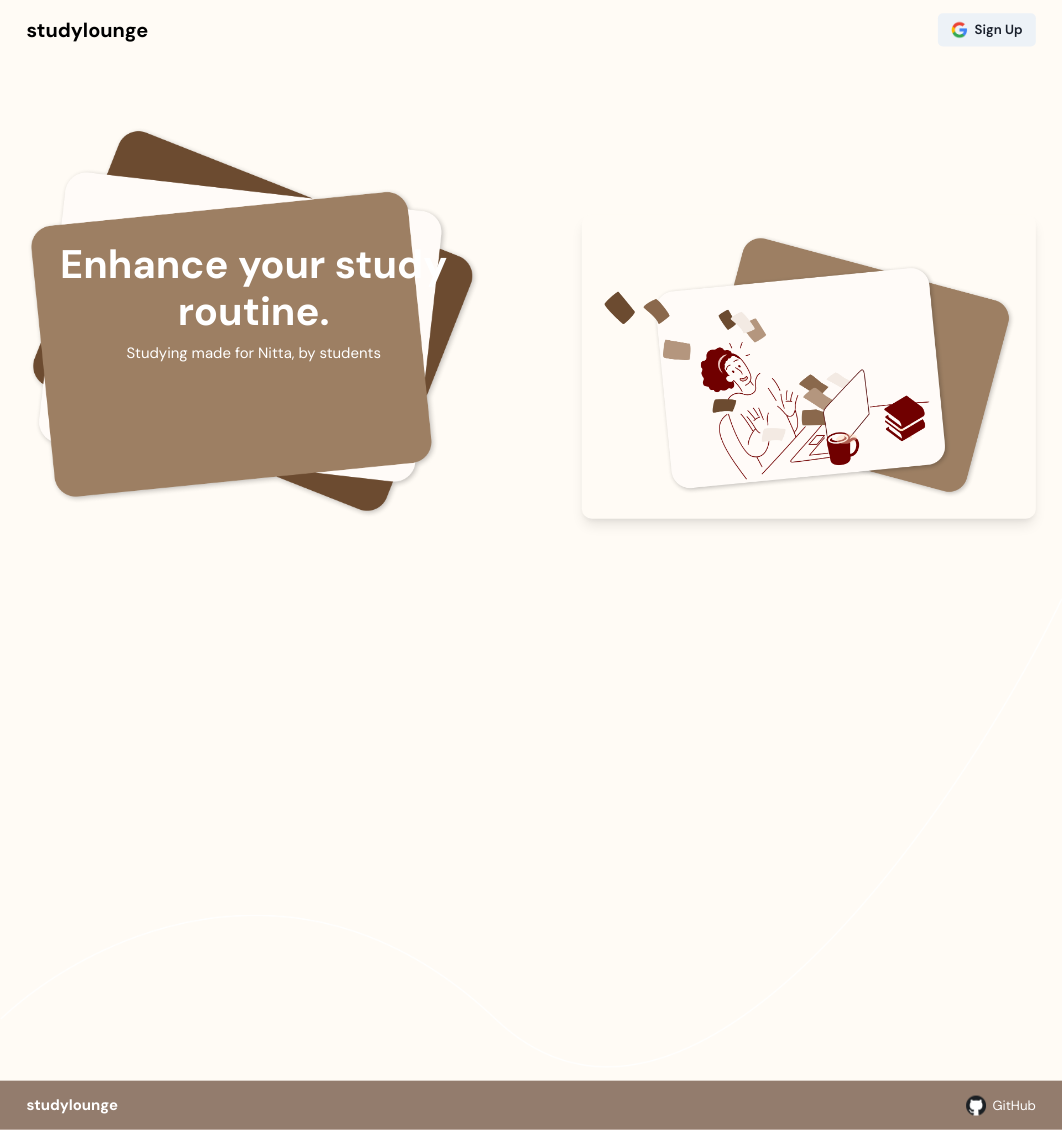
Repository: greg-chang/flashcard-website
Page: / (app in frontend/)
An editor plug-in stored every save of this project. The page is shown before and after the next save, followed by the edit.
The browser window is 1280 px wide. The pictures show the whole page, at 83% of full size.
The page's requests for data from a server got no answer. The project was rebuilt for these pictures with package versions that can differ from the ones it lists, and the page was loaded fresh each time. Some packages were replaced by stand-ins written for this rebuild. The framework's server and built-in components were replaced by stand-ins that run in the browser. No one was signed in, and anything a server would have sent is missing. Also part of the build but not shown: frontend/next.config.ts, frontend/src/components/Dashboard.tsx.

Above is the page before, as saved 2025-06-08 14:49:16.

After the next save:
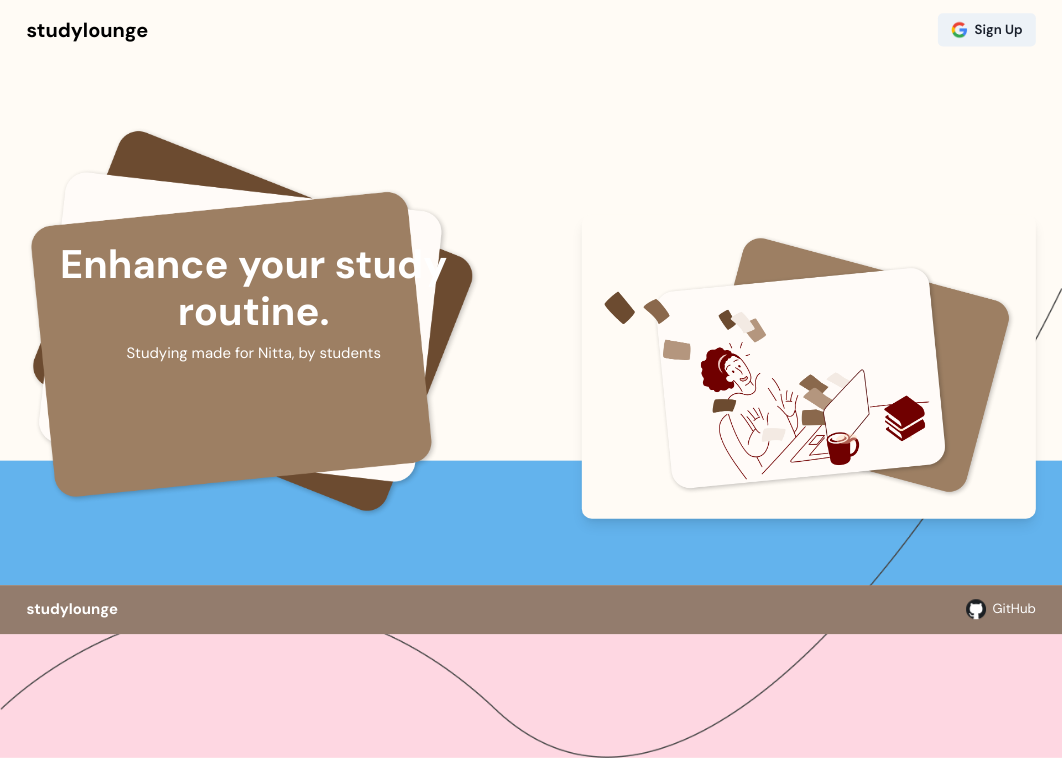
Saved 16 s later.
--- a/frontend/src/components/Homepage.tsx
+++ b/frontend/src/components/Homepage.tsx
@@ -38,6 +38,31 @@ export default function Homepage() {
         flex="1"
         position="relative"
       >
+        {/* Style Line as a separate element - Wrapped in Box for styling */}
+        <Box
+          position="absolute"
+          bottom="0"
+          left="0"
+          width="100%"
+          height="150px" // Adjust height to be visible as a line
+          zIndex="0" // Ensure it's behind other content
+          opacity="1" // Ensure full visibility for testing
+          bg="blue.300" // Temporary background for testing visibility
+          display="flex" // Use flex to center the image within this box
+          justifyContent="center"
+          alignItems="center"
+        >
+          <Image
+            src={StyleLine}
+            alt="Style Line Decorative Element"
+            width={1200} // Large width for responsive scaling
+            height={150} // Aspect ratio for responsive image
+            layout="responsive"
+            objectFit="contain"
+            // Removed opacity and style from Image, applied to parent Box
+          />
+        </Box>
+
         {/* Left Section: Grouped Cards Image */}
         <Box
           position="relative"
@@ -148,28 +173,6 @@ export default function Homepage() {
           />
         </Box>
       </Flex>
-
-      {/* Style Line as a separate element - Moved here */}
-      <Box
-        width="100%"
-        display="flex"
-        justifyContent="center"
-        alignItems="center"
-        py={4} // Add some vertical padding around the line
-        zIndex="1"
-        position="relative"
-      >
-        <Image
-          src={StyleLine}
-          alt="Style Line Decorative Element"
-          width={1200} // A large width to ensure it spreads across
-          height={150} // Adjust height to control its visual impact
-          layout="responsive"
-          objectFit="contain"
-          opacity="1" // Ensure full visibility
-          style={{ filter: 'brightness(0) invert(1)' }} // Temporarily make it black for visibility test
-        />
-      </Box>
 
       {/* Footer */}
       <Flex
